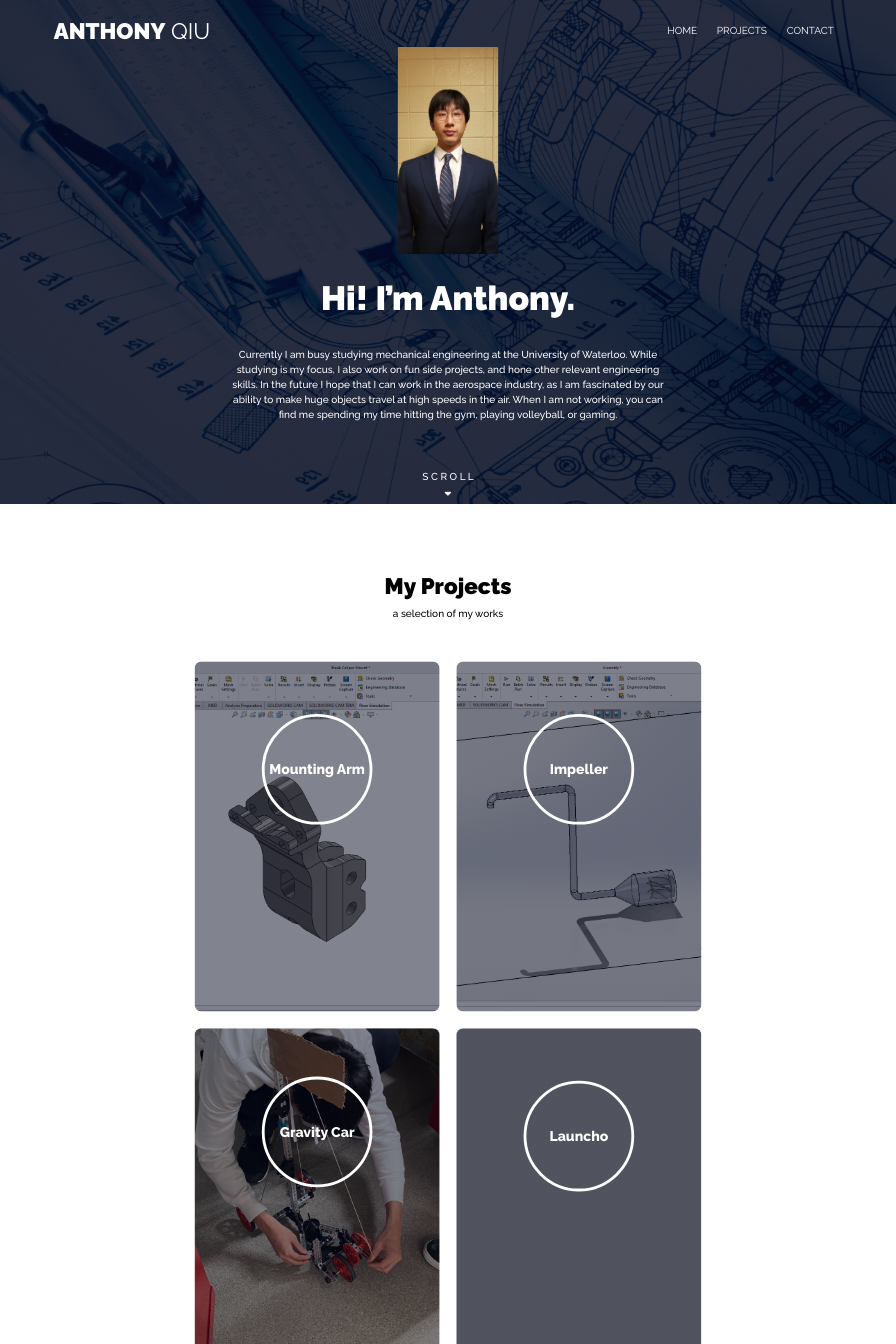
Repository: 7UM1N/anthonyq.github.io
Page: index.html
The author's editor kept a copy of each file at every save. The page is drawn from the files as they stood at one save, then again after the next save.
The browser window is 1280 px wide. The pictures show the part of the page from y = 0 to 1920 px (the page is 3321 px tall), at 70% of full size.
Pictures or frames that could not be fetched are drawn as grey boxes.

Above is the page before, as saved 2023-03-10 19:08:11.

### index.html
<!DOCTYPE html>
<html lang="en">
    <head>
        <!-- Google tag (gtag.js) -->
        <script async src="https://www.googletagmanager.com/gtag/js?id=G-XFJFSFPP7C"></script>
        <script>
            window.dataLayer = window.dataLayer || [];
            function gtag(){dataLayer.push(arguments);}
            gtag('js', new Date());
            gtag('config', 'G-XFJFSFPP7C');
        </script>

        <meta charset="UTF-8">
        <meta name="viewport" content="width=device-width, initial-scale=1.0">
        <title>Anthony Qiu</title>
        <link rel="icon" type="image/jpg" href="/img/favicon.ico"/>
        <link rel="stylesheet" href="https://cdnjs.cloudflare.com/ajax/libs/normalize/8.0.1/normalize.min.css" integrity="sha512-NhSC1YmyruXifcj/KFRWoC561YpHpc5Jtzgvbuzx5VozKpWvQ+4nXhPdFgmx8xqexRcpAglTj9sIBWINXa8x5w==" crossorigin="anonymous" referrerpolicy="no-referrer" />
        <link rel="stylesheet" href="https://cdnjs.cloudflare.com/ajax/libs/font-awesome/6.2.1/css/all.min.css" integrity="sha512-MV7K8+y+gLIBoVD59lQIYicR65iaqukzvf/nwasF0nqhPay5w/9lJmVM2hMDcnK1OnMGCdVK+iQrJ7lzPJQd1w==" crossorigin="anonymous" referrerpolicy="no-referrer" />
        <link rel="stylesheet" href="css/style.css">
        <link rel="preconnect" href="https://fonts.googleapis.com">
        <link rel="preconnect" href="https://fonts.gstatic.com" crossorigin>
        <link href="https://fonts.googleapis.com/css2?family=Raleway:ital,wght@0,100;0,200;0,300;0,400;0,500;0,600;0,700;0,800;0,900;1,100;1,200;1,300;1,400;1,500;1,600;1,700;1,800;1,900&display=swap" rel="stylesheet">
    </head>
    <body>

        <!-- header -->
        <header>
            <nav>
                <a class="logo" href="index.html">
                    <strong>ANTHONY</strong> QIU
                </a>
                <div class="nav-links" id="navLinks">
                    <ul>
                        <i class="fa-solid fa-xmark" onclick="hideMenu()"></i>
                        <li><a href="index.html" >HOME</a></li>
                        <li><a href="index.html#projects">PROJECTS</a></li>
                        <li><a href="contact.html">CONTACT</a></li>
                    </ul>
                </div>
                <i class="fa-solid fa-bars" onclick="showMenu()"></i>
            </nav>
            <div class="text-box">
                <img src="img/Anthony.jpg">
                <h1>Hi! I’m Anthony.</h1>
                <p>
                    Currently I am busy studying mechanical engineering at the University of Waterloo. While studying is my focus,
                    I also work on fun side projects, and hone other relevant engineering skills. In the future I hope that I can
                    work in the aerospace industry, as I am fascinated by our ability to make huge objects travel at high speeds in the air.
                    When I am not working, you can find me spending my time hitting the gym, playing volleyball, or gaming.
                </p>
                <!--<a href="Resume.pdf" class="hero-btn"><strong>check out my resume</strong></a>-->
            </div>
            <div class="scroll">
                <p>S C R O L L<br><i class="fa-solid fa-sort-down"></i></p>
            </div>
        </header>

        <!-- projects -->
        <section class="projects" id="projects">
            <h2>My Projects</h2>
            <p>a selection of my works</p>
            <div class="portfolio">
                <!--<a href="">
                    <div class="portfolio-item nerfv2">
                        <h3>Nerf V2</h3>
                        <p>coming soon...</p>
                    </div>
                </a>-->
                <a href="portfolio-item-break-caliper-arm.html">
                    <div class="portfolio-item break-caliper-arm">
                        <h3>Mounting Arm</h3>
                        <p>break caliper mounting arm</p>
                    </div>
                </a>
                <a href="portfolio-item-impeller.html">
                    <div class="portfolio-item impeller">
                        <h3>Impeller</h3>
                        <p>impeller for robotic suction arm</p>
                    </div>
                </a>
                <a href="portfolio-item-gravity-car.html">
                    <div class="portfolio-item gravity-car">
                        <h3>Gravity Car</h3>
                        <p>a makeshift vehicle which operates solely on gravitational energy</p>
                    </div>
                </a>
                <a href="portfolio-item-launcho.html">
                    <div class="portfolio-item launcho">
                        <h3>Launcho</h3>
                        <p>spring powered toy rocket</p>
                    </div>
                </a>
                <a href="portfolio-item-four-cylinder-engine.html">
                    <div class="portfolio-item four-cylinder-engine">
                        <h3>Four Cylinder Engine</h3>
                        <p>a 3D model for a 4 cylinder engine</p>
                    </div>
                </a>
                <a href="portfolio-item-codebreaker.html">
                    <div class="portfolio-item codebreaker">
                        <h3>Codebreaker</h3>
                        <p>the game "Mastermind" coded in java</p>
                    </div>
                </a>
                <a href="portfolio-item-saitama.html">
                    <div class="portfolio-item saitama">
                        <h3>Saitama</h3>
                        <p>a discord bot</p>
                    </div>
                </a>
                <a href="portfolio-item-this-website.html">
                    <div class="portfolio-item this-website">
                        <h3>This Website</h3>
                        <p>created with  <i class="fa-regular fa-heart"></i></p>
                    </div>
                </a>
            </div>
        </section>

        <!-- footer -->
        <footer class="footer">
            <a href="mailto:anthony.bo.qiu@gmail.com" class="email">anthony.bo.qiu@gmail.com</a>
            <ul class="socials">
                <li class="socials-item">
                    <a class="social-item-link" href="https://www.linkedin.com/in/anthonyboqiu">
                        <i class="fa-brands fa-linkedin"></i>
                    </a>
                </li>
                <li class="socials-item">
                    <a class="social-item-link" href="https://github.com/anthonyqiu">
                        <i class="fa-brands fa-github"></i>
                    </a>
                </li>
            </ul>
            <P class="love">made with <i class="fa-regular fa-heart"></i> by Anthony</p>
        </footer>

        <!-- javascript-->
        <script src="js/index.js"></script>
    </body>
</html>

### css/style.css
/*custom properties*/
:root {
    --ff-primary: 'Raleway', sans-serif;
    --ff-secondary: 'Raleway', sans-serif;

    --fw-reg: 500;
    --fw-bold: 850;

    --clr-light: #fff;
    --clr-dark: #000000;
    --clr-accent: #e281ff;

    --fs-h1: 3rem;
    --fs-h2: 2rem;
    --fs-h3: 1.25rem;
    --fs-h4: 1.05rem;
    --fs-body: 0.9rem;

    --bs: 0.25em 0.25em 0.75em rgba(0, 0, 0, .25), 0.125em 0.125em 0.25em rgba(0, 0, 0, .15);
}

* {
    margin: 0;
    padding: 0;
    font-family: var(--ff-primary);
}

/* typography */
h1,
h2,
h3 {
    line-height: 1.1;
}

h1, h2, h3, h4 {
    font-weight: var(--fw-bold);
}

h1 {font-size: var(--fs-h1)}
h2 {font-size: var(--fs-h2)}
h3 {
    font-size: var(--fs-h3);
    font-weight: 800;
}
h4 {
    font-size: var(--fs-h4);
}

p {
    font-size: var(--fs-body);
    font-weight: var(--fw-reg);
    line-height: 150%;
    padding: 10px;
}

a:link {
    text-decoration: none;
}

a:visited {
    text-decoration: none;
}

a:hover {
    text-decoration: none;
}

a:active {
    text-decoration: none;
}

strong {font-weight: var(--fw-bold);}

/*header*/
header {
    min-height: 100vh;
    width: 100%;
    background-image: linear-gradient(rgba(4, 9, 30, 0.85), rgba(4, 9, 30, 0.85)), url(../img/blueprint.jpeg);
    background-position: center;
    background-size: cover;
    position: relative;
}

header img {
    max-width: 20vh;
    border-radius: 1%;
}

nav {
    display: flex;
    padding: 2% 6%;
    justify-content: space-between;
    align-items: center;
}

.logo {
    color: var(--clr-light);
    text-decoration: none;
    font-size: var(--fs-h2);
}

.nav-links {
    flex: 1;
    text-align: right;
}

.nav-links ul li {
    list-style: none;
    display: inline-block;
    padding: 8px 12px;
    position: relative;
}

.nav-links ul li a {
    color: var(--clr-light);
    text-decoration: none;
    font-size: var(--fs-body);
}

.nav-links ul li::after {
    content: '';
    width: 0%;
    height: 2px;
    background: var(--clr-light);
    display: block;
    margin: auto;
    transition: 0.5s;
}

.nav-links ul li:hover::after {
    width: 100%;
}

.text-box {
    width: 50%;
    color: var(--clr-light);
    position: absolute;
    top: 50%;
    left: 50%;
    transform: translate(-50%, -50%);
    text-align: center;
}

.text-box p {
    margin: 10px 0 40px;
    color: var(--clr-light);
}

.hero-btn {
    color: var(--clr-light);
    border: 1px solid var(--clr-light);
    display: inline-block;
    text-decoration: none;
    padding: 12px 34px;
    font-size: var(--fs-body);
    background: transparent;
    position: relative;
    cursor: pointer;
    margin-top: 20px;;
}

.hero-btn:hover {
    background: var(--clr-light);
    color: var(--clr-dark);
    transition: 1s;
}

.inverse-btn {
    color: var(--clr-dark);
    border: 1px solid var(--clr-dark);
}

.inverse-btn:hover {
    color: var(--clr-light);
    background: var(--clr-dark);
}

nav .fa-solid {
    display: none;
}

.scroll {
    color: var(--clr-light);
    text-align: center;
    position: absolute;
    top: 96%;
    left: 50%;
    transform: translate(-50%, -50%);
}

/*projects*/

.projects {
    width: 80%;
    margin: auto;
    text-align: center;
    padding-top: 100px;
    padding-bottom: 100px;
}

.projects p {
    color: var(--clr-dark);
}

.projects img {
    width: 12rem;
    height: 18rem;
    border-radius: 10px;
}

.portfolio {
    display: flex;
    flex-wrap: wrap;
    gap: 1.5rem;

    margin: auto;
    align-items: center;
    justify-content: center;
    margin-top: 3rem;
}

.portfolio-item {
    background-position: center;
    background-size: cover;
    position: relative;

    color: var(--clr-light);
    width: 350px;
    height: 500px;
    flex-shrink: 0;
    border-radius: 10px;
    box-sizing: border-box;
    transition: 0.5s;

    display: flex;
    justify-content: center;
    align-items: center;
    flex-direction: column;
}

.portfolio-item h3 {
    color: var(--clr-light);
    width: 150px;
    height: 150px;
    border-style: solid;
    border-width: 0.3rem;
    border-color: var(--clr-light);
    border-radius: 50%;

    position: relative;
    display: flex;
    justify-content: center;
    align-items: center;
    margin: auto;
}

.portfolio-item p {
    color: var(--clr-light);

    display: flex;
    justify-content: center;
    align-items: center;
    margin: auto;
    opacity: 0%;
    transition: 1s;
}

.break-caliper-arm {
    background-image: linear-gradient(rgba(4, 9, 30, 0.5), rgba(4, 9, 30, 0.5)), url(../img/break-caliper-arm/banner.png);
}
.impeller {
    background-image: linear-gradient(rgba(4, 9, 30, 0.5), rgba(4, 9, 30, 0.5)), url(../img/impeller/banner.png);
}
.nerfv2 {
    background-image: linear-gradient(rgba(4, 9, 30, 0.5), rgba(4, 9, 30, 0.5)), url(../img/coming-soon.webp);
}
.gravity-car {
    background-image: linear-gradient(rgba(4, 9, 30, 0.5), rgba(4, 9, 30, 0.5)), url(../img/gravity-car/banner.jpg);
}
.launcho {
    background-image: linear-gradient(rgba(4, 9, 30, 0.5), rgba(4, 9, 30, 0.5)), url(../img/launcho/launcho-card.jpg);
}
.four-cylinder-engine {
    background-image: linear-gradient(rgba(4, 9, 30, 0.5), rgba(4, 9, 30, 0.5)), url(../img/four-cylinder-engine/banner.png);
}
.codebreaker {
    background-image: linear-gradient(rgba(4, 9, 30, 0.5), rgba(4, 9, 30, 0.5)), url(../img/codebreaker/codebreaker-card.jpg);
}
.saitama {
    background-image: linear-gradient(rgba(4, 9, 30, 0.5), rgba(4, 9, 30, 0.5)), url(../img/saitama/saitama-banner.webp);
}
.this-website {
    background-image: linear-gradient(rgba(4, 9, 30, 0.5), rgba(4, 9, 30, 0.5)), url(../img/this-website/this-website-card.jpeg);
}

.portfolio-item h3 {
    vertical-align: middle;
}
.portfolio-item:hover {
    box-shadow: 0 0 20px 0px rgba(0, 0, 0, 0.80);
    filter: brightness(90%);
}

.portfolio-item:hover p {
    opacity: 100%;
}

.portfolio-item-text {
    position: absolute;
    top: 0;
}

/* footer */
.footer {
    background: var(--clr-dark);
    color: var(--clr-light);
    text-align: center;
    padding: 2.5em 0;
    font-size: var(--fs-h3);
    font-family: var(--ff-secondary);
}

.footer a {
    color: inherit;
    text-decoration: none;
}

.email {
    font-weight: var(--fw-bold);
    font-size: 11px;
}

.email:hover,
.social-item-link:hover {
    transform: scale(2);
    opacity: .5;
}

.email,
.social-item-link {
    transition:
        transform 750ms cubic-bezier(.5, 0, .5, 1),
        opacity 250ms linear;
}

.socials {
    list-style: none;
    display: flex;
    justify-content: center;
    margin: 0.25em 0 0;
    padding: 0;
}

.socials-item {
    margin: - .5em;
}

.socials-item {
    padding: .5em;
}

.love {
    font-size: 9px;
}

.fa-heart {
    color: var(--clr-accent);
}

/* sub header */
.sub-header {
    height: 100vh;
    width: 100%;
    background-image: linear-gradient(rgba(4, 9, 30, 0.7), rgba(4, 9, 30, 0.7)), url(../img/launcho/launcho-card.jpg);
    background-position: center;
    background-size: cover;
    text-align: center;
    margin: auto;
    position: relative;
}

.sub-header-contact {background-image: linear-gradient(rgba(4, 9, 30, 0.85), rgba(4, 9, 30, 0.85)), url(../img/blueprint.jpeg);}
.sub-header-break-caliper-arm {background-image: linear-gradient(rgba(4, 9, 30, 0.7), rgba(4, 9, 30, 0.7)), url(../img/break-caliper-arm/banner.png);}
.sub-header-impeller {background-image: linear-gradient(rgba(4, 9, 30, 0.7), rgba(4, 9, 30, 0.7)), url(../img/impeller/banner.png);}
.sub-header-nerfv2 {background-image: linear-gradient(rgba(4, 9, 30, 0.7), rgba(4, 9, 30, 0.7)), url(../img/coming-soon.webp);}
.sub-header-gravity-car {background-image: linear-gradient(rgba(4, 9, 30, 0.7), rgba(4, 9, 30, 0.7)), url(../img/gravity-car/banner.jpg);}
.sub-header-launcho {background-image: linear-gradient(rgba(4, 9, 30, 0.7), rgba(4, 9, 30, 0.7)), url(../img/launcho/launcho-card.jpg);}
.sub-header-four-cylinder-engine {background-image: linear-gradient(rgba(4, 9, 30, 0.7), rgba(4, 9, 30, 0.7)), url(../img/four-cylinder-engine/banner.png);}
.sub-header-codebreaker {background-image: linear-gradient(rgba(4, 9, 30, 0.7), rgba(4, 9, 30, 0.7)), url(../img/codebreaker/codebreaker-banner.jpg);}
.sub-header-saitama {background-image: linear-gradient(rgba(4, 9, 30, 0.7), rgba(4, 9, 30, 0.7)), url(../img/saitama/saitama-banner.webp);}
.sub-header-this-website {background-image: linear-gradient(rgba(4, 9, 30, 0.7), rgba(4, 9, 30, 0.7)), url(../img/this-website/this-website-card.jpeg);}

.sub-header .text-box {
    border-style: solid;
    border-width: 0.25rem;
    border-color: var(--clr-light);
}

.portfolio-item-section {
    text-align: center;
    padding-top: 100px;
    padding-bottom: 100px;
    width: 40%;

    position: relative;
    display: flex;
    justify-content: center;
    align-items: center;
    margin: auto;
    flex-direction: column;
}

.portfolio-item-section p {
    color: var(--clr-dark);
}

.portfolio-item-section img {
    max-width: 90%;
    max-height: 50vh;
    padding: 2rem;
}

.portfolio-item-section h2,
.portfolio-item-section h3 {
    margin-top: 1rem;
}

.contact {
    padding: 50px;
    width: 40%;
    margin: auto;
    text-align: center;
}

.contact input,
.contact textarea {
    width: 100%;
    padding: 15px;
    margin-bottom: 17px;
    outline: none;
    border: 1px solid var(--clr-dark);
    box-sizing: border-box;
}

/*smaller screens*/
@media(max-width: 800px) {
    .nav-links ul li {
        display: block;
    }

    .nav-links {
        position: fixed;
        background: var(--clr-dark);
        height: 100vh;
        width: 200px;
        top: 0;
        right: -200px;
        text-align: left;
        z-index: 2;
        transition: 1s;
    }

    nav .fa-solid {
        display: block;
        color: var(--clr-light);
        margin: 10px;
        font-size: var(--fs-h3);
        cursor: pointer;
    }

    .text-box {
        width: 90%;
    }

    header img {
        max-width: 10vh;
        border-radius: 3%;
    }

    .portfolio-item-section {
        width: 90%;
    }

    .contact {
        width: 70%;
    }
}

### js/index.js
//toggle menu
var navLinks = document.getElementById("navLinks");

function showMenu(){
    navLinks.style.right = "0";
}

function hideMenu(){
    navLinks.style.right = "-200px";
}

After the next save:
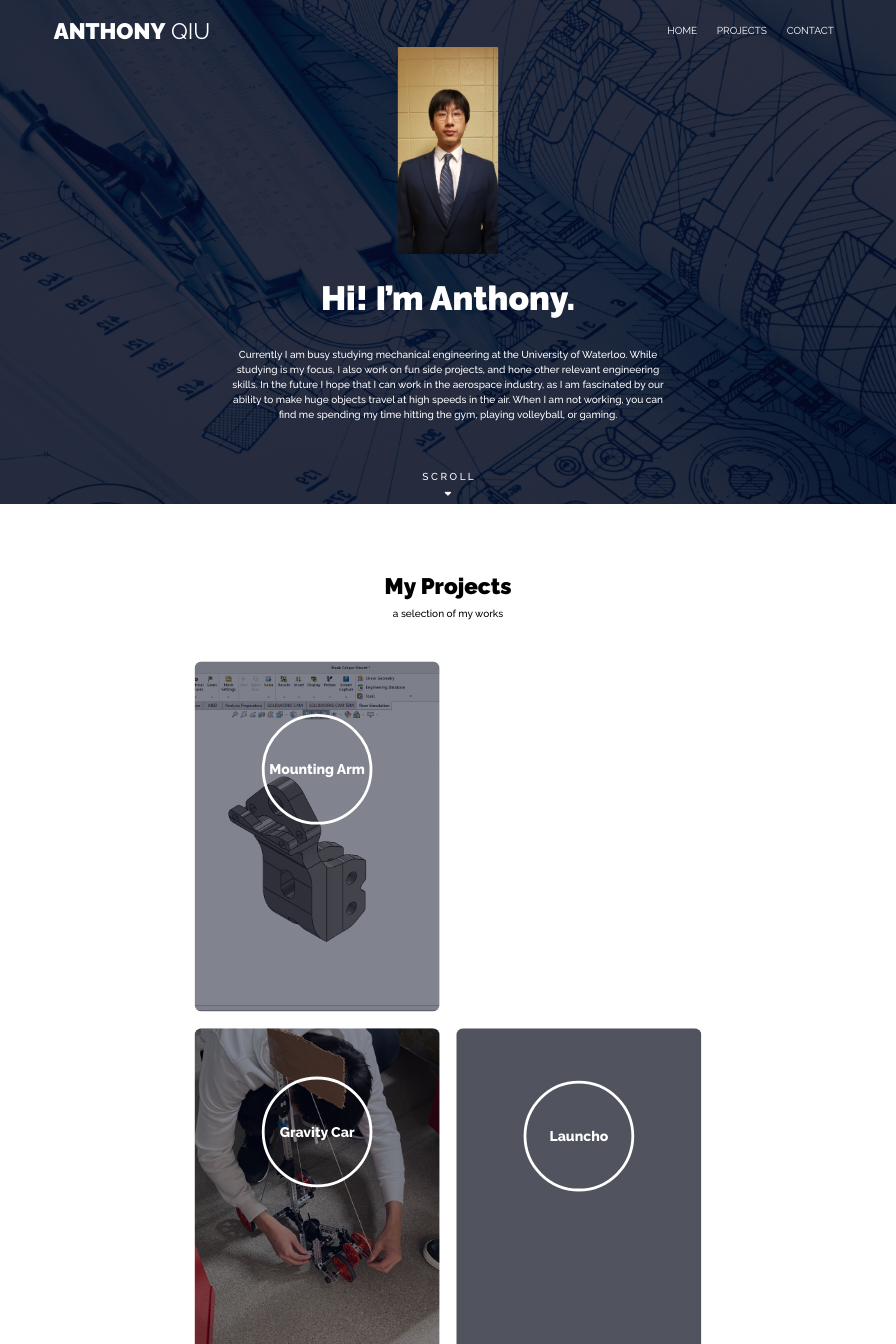
Saved 4 min 20 s later.
--- a/index.html
+++ b/index.html
@@ -72,10 +72,10 @@
                         <p>break caliper mounting arm</p>
                     </div>
                 </a>
-                <a href="portfolio-item-impeller.html">
-                    <div class="portfolio-item impeller">
+                <a href="portfolio-item-centrifugal-pump.html">
+                    <div class="portfolio-item centrifugal-pump">
                         <h3>Impeller</h3>
-                        <p>impeller for robotic suction arm</p>
+                        <p>centrifugal-pump for robotic suction arm</p>
                     </div>
                 </a>
                 <a href="portfolio-item-gravity-car.html">
